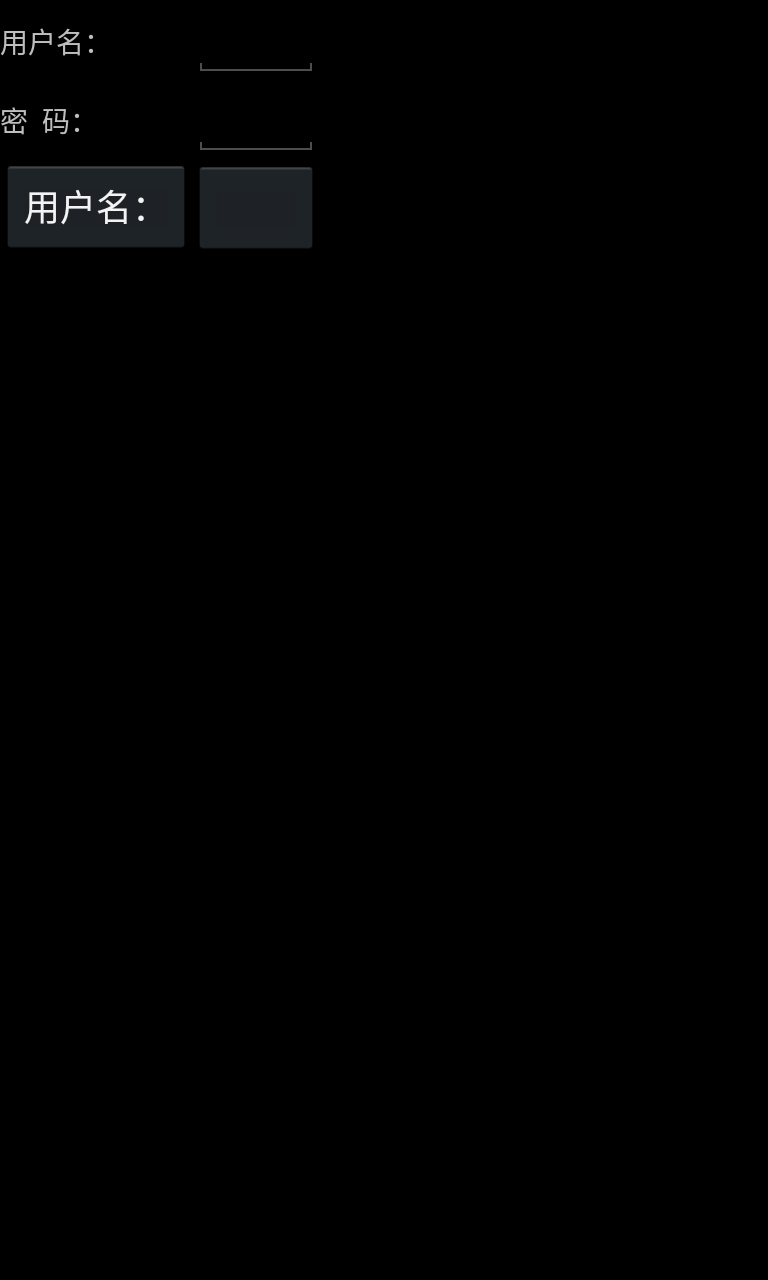
Repository: GuangmingChan/DevelopAndroidApp
Layout: demoTableLayout4/res/layout/main.xml
An editor plug-in stored every save of this project. The layout is shown before and after the next save, followed by the edit.
It is drawn on a 768 x 1280 px phone screen (xhdpi) without system bars, with theme android:Theme.Holo; the app's code is not run.

Above is the layout before, as saved 2017-03-28 03:12:21.

After the next save:
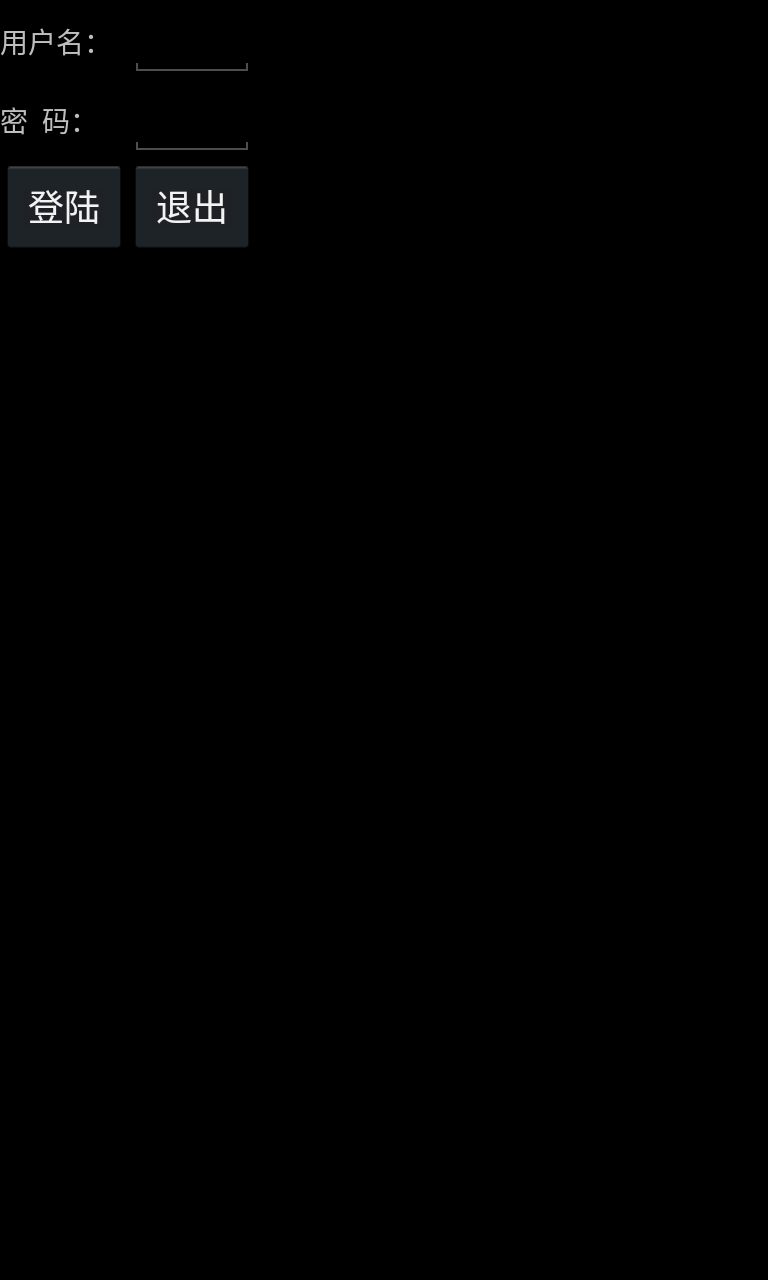
Saved 28 s later.
--- a/demoTableLayout4/res/layout/main.xml
+++ b/demoTableLayout4/res/layout/main.xml
@@ -32,11 +32,11 @@
 	    <Button
         android:layout_width="fill_parent"
         android:layout_height="wrap_content"
-        android:text="用户名：" />
+        android:text="登陆" />
 	    <Button
 	    android:layout_width="fill_parent"
         android:layout_height="wrap_content"
-	        />
+	    android:text="退出"    />
 	</TableRow>
 
 
